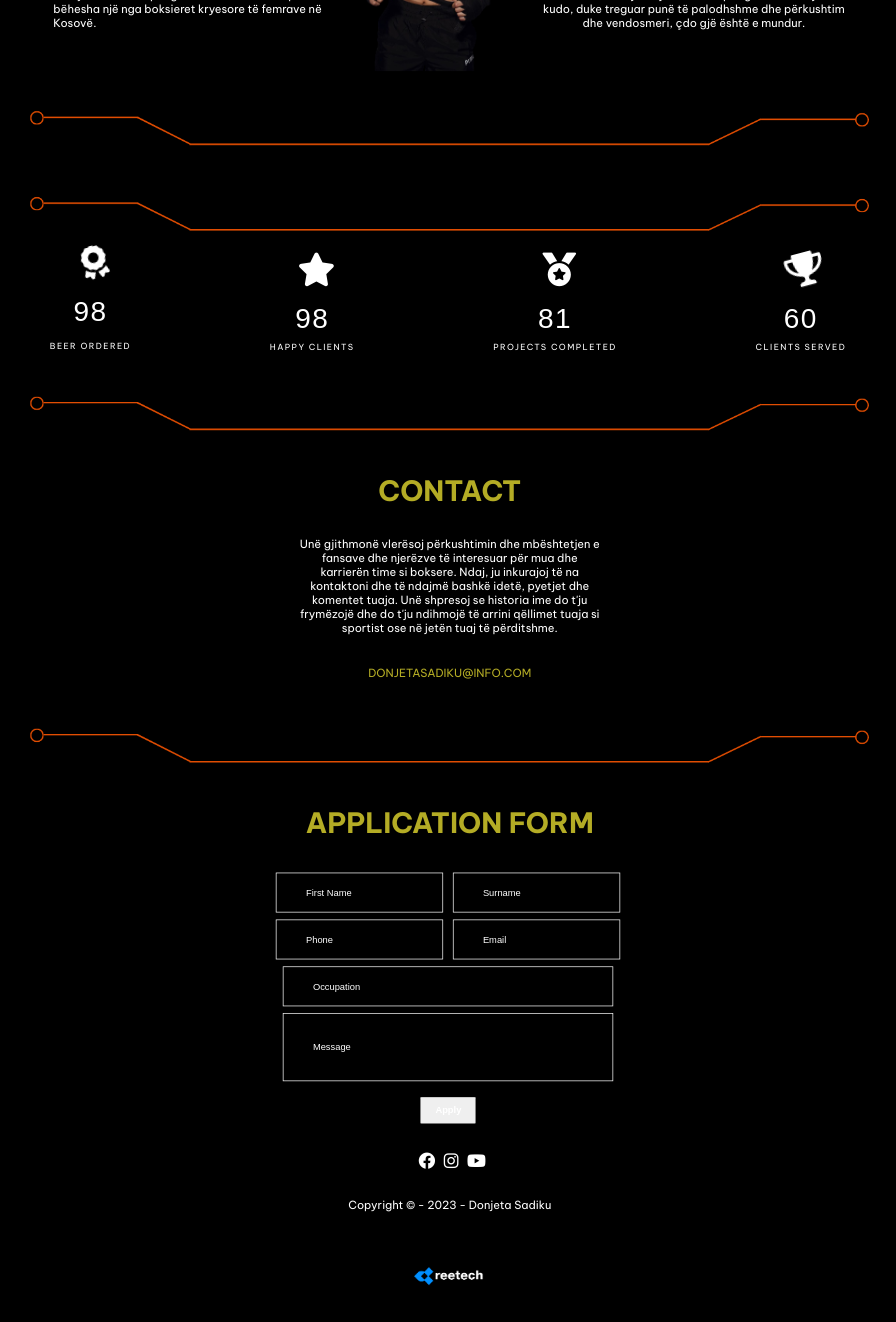
Repository: milot-morina/ds-boxing
Page: DS-Portfolio/index.html
The author's editor kept a copy of each file at every save. The page is drawn from the files as they stood at one save, then again after the next save.
The browser window is 1280 px wide. The pictures show the part of the page from y = 2491 to 4411 px (the page is 4379 px tall before and 4411 px after), at 70% of full size.
A picture or video elsewhere on the page could not be fetched, so the positions and the page height are approximate.

Above is the page before, as saved 2023-03-22 08:43:41.

After the next save:
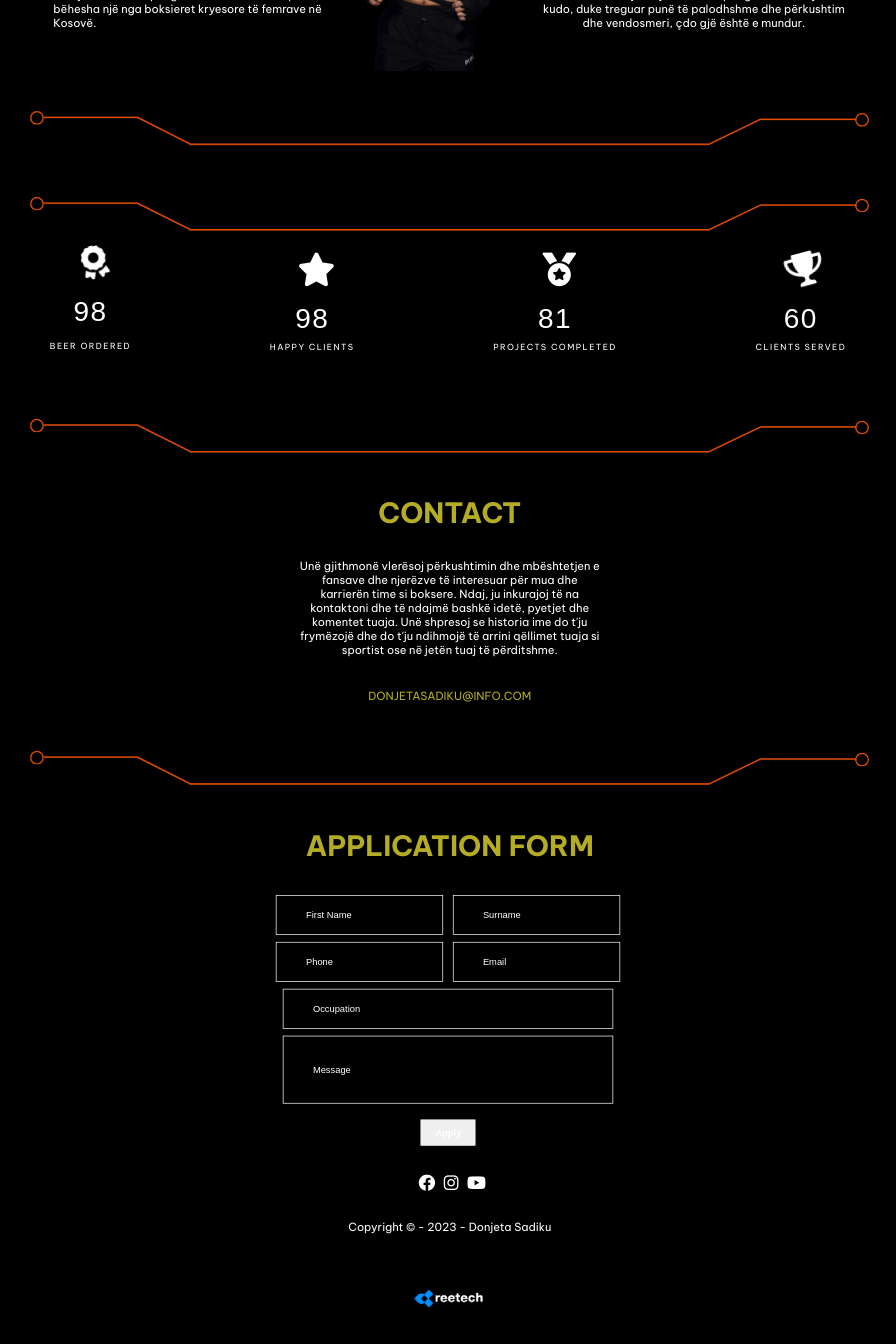
Saved 55 s later.
--- a/DS-Portfolio/style.css
+++ b/DS-Portfolio/style.css
@@ -397,7 +397,9 @@
   }
 }
 
-
+.counter-section {
+  padding-bottom: 2rem; /* add some padding below the counter sections */
+}
 
 @media screen and (max-width: 768px) {
   .counter-section {
